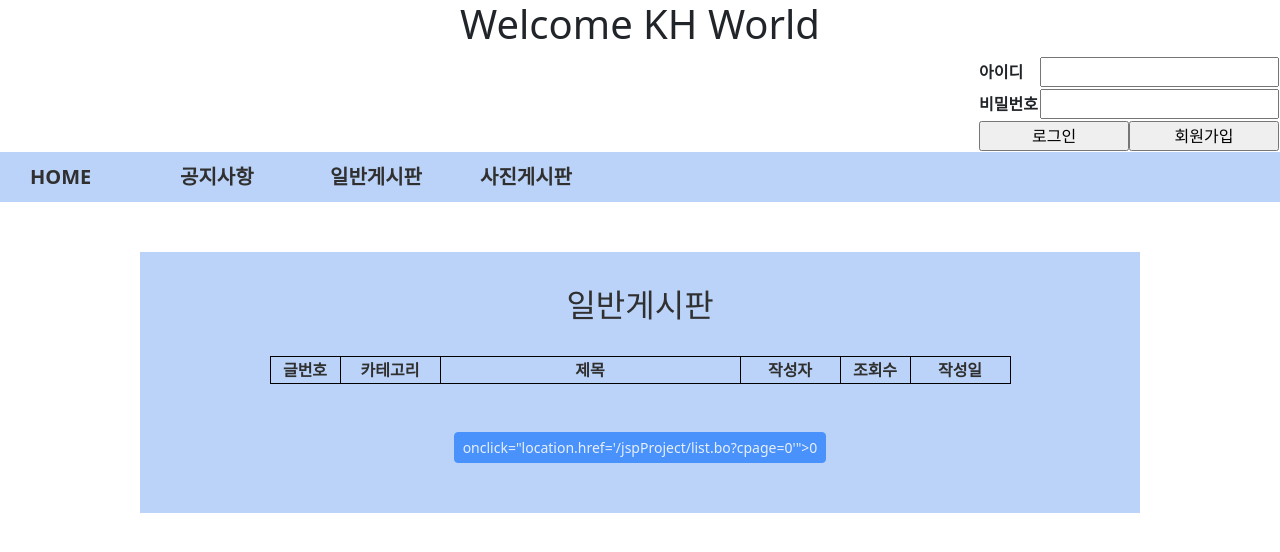
Repository: HwangInTae82/JSPProject
Page: http://localhost/jspProject/
An editor plug-in stored every save of this project. The page is shown before and after the next save, followed by the edit.
The browser window is 1280 px wide. The pictures show the whole page.
The page is served by Tomcat 10. Nobody is signed in. The application's start-up code is not run. The template is opened directly, without the code that normally fills it, so the values that code supplies are empty.

Above is the page before, as saved 2025-02-27 06:36:31.

After the next save:
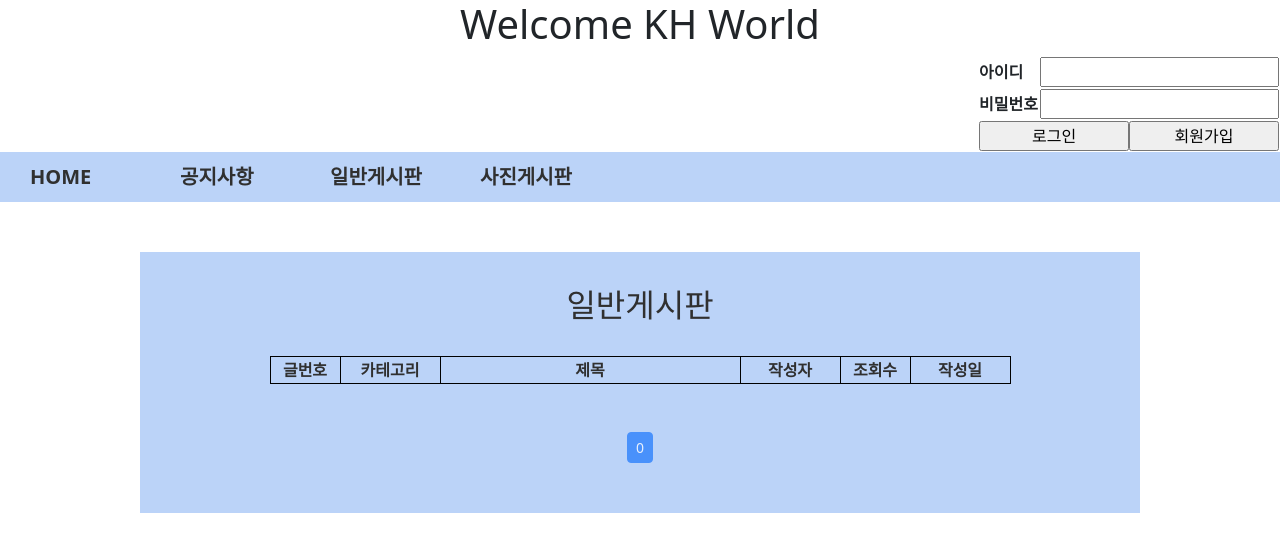
Saved 18 s later.
--- a/jspProject/src/main/webapp/views/board/boardListView.jsp
+++ b/jspProject/src/main/webapp/views/board/boardListView.jsp
@@ -79,7 +79,7 @@
 					</c:when>
 					<c:otherwise>
 
-						<button class="btn btn-sm btn-primary" disabled>
+						<button class="btn btn-sm btn-primary" disabled
 							onclick="location.href='${pageContext.request.contextPath}/list.bo?cpage=${p}'">${p}
 						</button>
 					</c:otherwise>
